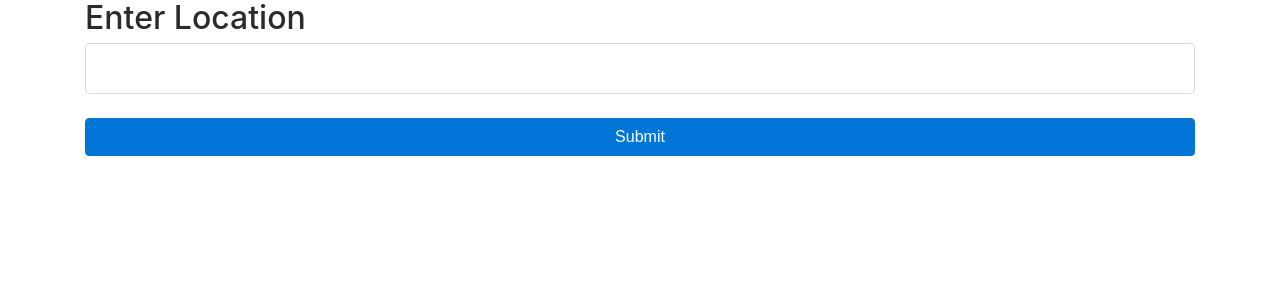
Repository: Oakga/Weather_app
Page: index.html
An editor plug-in stored every save of this project. The page is shown before and after the next save, followed by the edit.
The browser window is 1280 px wide. The pictures show the whole page.

Above is the page before, as saved 2017-09-21 23:49:48.

### index.html
<!DOCTYPE html>
<html>
<head>
    <meta charset="utf-8">
    <link rel="stylesheet" href="https://maxcdn.bootstrapcdn.com/bootstrap/4.0.0-alpha.6/css/bootstrap.min.css" integrity="sha384-rwoIResjU2yc3z8GV/NPeZWAv56rSmLldC3R/AZzGRnGxQQKnKkoFVhFQhNUwEyJ" crossorigin="anonymous">
    <link href='http://fonts.googleapis.com/css?family=Roboto:400,300,700' rel='stylesheet' type='text/css'>
    <!-- <link href="css/styles.css" rel="stylesheet" type="text/css"> -->
    <script src="https://unpkg.com/axios/dist/axios.min.js"></script>
</head>
<body>
    <div class="container">
        <h2>Enter Location</h2>
        <form id="location-form">
            <input type="text" id="location-input" class="form-control form-control-lg "/>
            <br>
            <button type="submit" class="btn btn-primary btn-block">Submit</button>
          </form>
        <div id="formatted-address"></div>
        <div id="address-components"></div>
        <div id="geometry-component"></div>
    </div>
    <script src="js/main.js"></script>
</body>
</html>

### js/main.js
let geoCode = (location) => {
    axios.get('https://maps.googleapis.com/maps/api/geocode/json',{
    params:{
        address: location,
        key: 'AIzaSyAkYBjwd7ygcP8GpAz47QsP3s3vaweLAE0'
    }
}).then(function(response){
    console.log(response);
    const formattedAddr = response.data.results[0].formatted_address;
    const formattedAddrOutput = `
    <ul class="list-group">
    <li class="list-group-item">
    ${formattedAddr}
    </li>
    </ul>
    `;
    let addressComponents = response.data.results[0].address_components;
    let lat = response.data.results[0].geometry.location.lat;
    let lng = response.data.results[0].geometry.location.lng;


    let geometryOutput = `
    <ul class="list-group">
    <li class="list-group-item">
    <strong>
    Latitude
    </strong>: ${lat}
    </li>
    <li class="list-group-item">
    <strong>
    Longitude
    </strong>: ${lng}
    </li>
    </ul>
    `;
    document.getElementById('formatted-address').innerHTML = formattedAddrOutput;
    document.getElementById('geometry-component').innerHTML = geometryOutput;


})
.catch(function(error){
    const formattedAddrOutput = `
    <ul class="list-group">
    <li class="list-group-item">
    Unknown location
    </li>
    </ul>
    `;
    document.getElementById('formatted-address').innerHTML = formattedAddrOutput;
})
};

document.getElementById('location-form').addEventListener('submit', function (e){
    e.preventDefault();
    let location = document.getElementById('location-input').value;
    geoCode(location);
});

### css/styles.css
body {
    font-family: 'Roboto', 'Sans Serif';
    font-size: 16px;
    padding: 0;
    margin: 0;
}

header {
    background-color: #03A9F4;
    padding: 14px;
    box-shadow: 0 1px 3px rgba(0,0,0,0.12), 0 1px 2px rgba(0,0,0,0.24);
}

h1, h2, h3 {
    font-weight: 300;
}

After the next save:
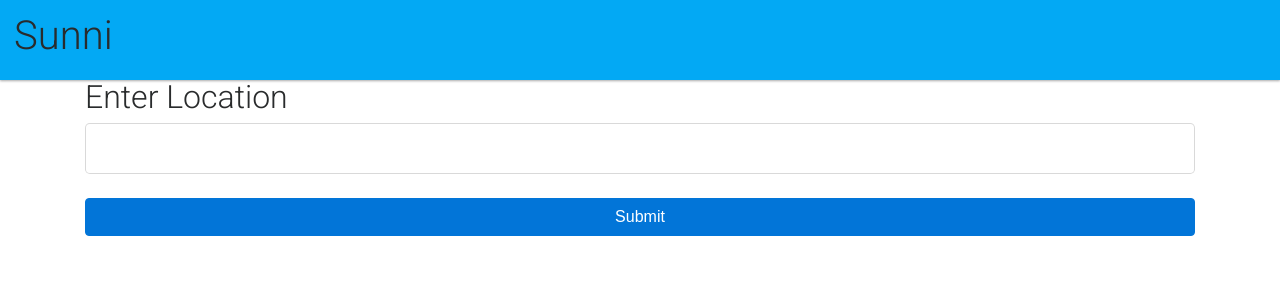
Saved 7 s later.
--- a/index.html
+++ b/index.html
@@ -4,10 +4,13 @@
     <meta charset="utf-8">
     <link rel="stylesheet" href="https://maxcdn.bootstrapcdn.com/bootstrap/4.0.0-alpha.6/css/bootstrap.min.css" integrity="sha384-rwoIResjU2yc3z8GV/NPeZWAv56rSmLldC3R/AZzGRnGxQQKnKkoFVhFQhNUwEyJ" crossorigin="anonymous">
     <link href='http://fonts.googleapis.com/css?family=Roboto:400,300,700' rel='stylesheet' type='text/css'>
-    <!-- <link href="css/styles.css" rel="stylesheet" type="text/css"> -->
+    <link href="css/styles.css" rel="stylesheet" type="text/css">
     <script src="https://unpkg.com/axios/dist/axios.min.js"></script>
 </head>
 <body>
+    <header>
+        <h1>Sunni</h1>
+    </header>
     <div class="container">
         <h2>Enter Location</h2>
         <form id="location-form">
